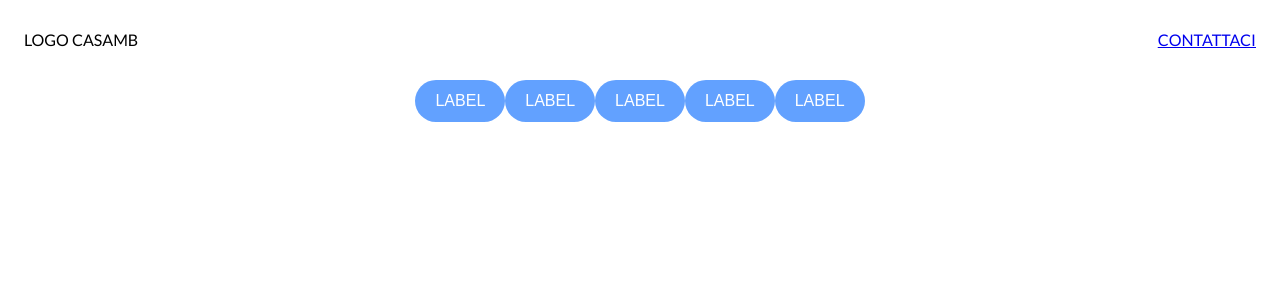
Repository: nicolorz/casamb
Page: /
An editor plug-in stored every save of this project. The page is shown before and after the next save, followed by the edit.
The browser window is 1280 px wide. The pictures show the whole page.
The project was rebuilt for these pictures with package versions that can differ from the ones it lists, and the page was loaded fresh each time. Also part of the build but not shown: src/index.css, src/App.css.

Above is the page before, as saved 2023-07-18 17:49:12.

### src/index.js
import React from 'react';
import ReactDOM from 'react-dom/client';
import './index.css';
import './assets/css/reset.css'
import './assets/css/style.css'
import App from './App';
import reportWebVitals from './reportWebVitals';

const root = ReactDOM.createRoot(document.getElementById('root'));
root.render(
  <React.StrictMode>
    <App />
  </React.StrictMode>
);

// If you want to start measuring performance in your app, pass a function
// to log results (for example: reportWebVitals(console.log))
// or send to an analytics endpoint. Learn more: https://bit.ly/CRA-vitals
reportWebVitals();

### src/assets/css/style.css
@import url('https://fonts.googleapis.com/css2?family=Lato:ital,wght@0,300;0,400;0,700;1,300;1,400;1,700&display=swap');

html, body {
  margin: 0;
  padding: 0;
  font-size: 16px;
  font-family: 'Lato', sans-serif;
}

.main-wrapper {
  width: 100vw;
  height: 100vh;
  background-color: #fff;
/*   display: flex;
  flex-flow: row nowrap; */
}

/* .sidebar {
  flex: 1;
  background-color: #f6f6f6;
  display: flex;
  flex-flow: column nowrap;
}

.card-wrapper {
  flex: 4;
  padding: 1rem;
  box-sizing: border-box;
  background-color: #EFF8FF;
  border: 1px solid #62A1FF;
  display: flex;
  flex-flow: row nowrap;
  align-items: flex-start;
  gap: 1rem;
}

.footer, .area-buttons {
  width: 100%;
  padding: 1rem;
  box-sizing: border-box;
  background-color: #EFF8FF;
  border: 1px solid #62A1FF;
}

.foooter {
  flex: 0 1 auto;
}

.area-buttons {
  flex: 1 0 auto;
}

.area-buttons {
  display: flex;
  flex-flow: column nowrap;
  gap: 0.5rem;
}

.area-buttons > button {
  align-self: flex-start;
}

.card {
  flex: 0 1 33%;
  padding: 1rem;
  background-color: #62A1FF;
  /* align-self: flex-start;
}

.card > img {
  width: 100%;
} */

### src/App.js
import logo from './logo.svg';
import './App.css';
import  {Header} from './components/HeaderWrapper/HeaderWrapper';

function App() {

  return (
    <div className="main-wrapper">
      <Header />
    </div>
  );
}

export default App;

### src/components/HeaderWrapper/HeaderWrapper.js
import './Header.css'
import { HeaderBottom } from './HeaderBottom'
import { HeaderTop } from './HeaderTop'

export const Header = () => {
    return <div className="header">
        <HeaderTop />
        <HeaderBottom />
    </div>
}

### src/components/HeaderWrapper/Header.css
.header {
    width: 100%;
    padding: 0 24px;
    box-sizing: border-box;
    position: fixed;
    top: 0;
    left: 0;
}

.header-top {
    width: 100%;
    display: flex;
    flex-flow: row nowrap;
    justify-content: space-between;
    align-items: center;
}

.header-top_logo {
    padding: 2rem 0;
}

.header-bottom {
    width: 100%;
    display: flex;
    flex-flow: column nowrap;
    align-items: center;
}

### src/components/HeaderWrapper/HeaderBottom.js
import { SortingBtn } from "../SortingBtn/Sortingbtn"

export const HeaderBottom = () => {
    return (
        <div className="header-bottom">
            <div className="sorting-area">
                <SortingBtn />
                <SortingBtn />
                <SortingBtn />
                <SortingBtn />
                <SortingBtn />
            </div>
        </div>
    )
}

### src/components/HeaderWrapper/HeaderTop.js
export const HeaderTop = () => {
    return <div className="header-top">
        <div className="header-top_logo">LOGO CASAMB</div>
        <a href="*" target="_self">CONTATTACI</a>
    </div>
}

### src/components/SortingBtn/Sortingbtn.js
import './Sortingbtn.css'

export const SortingBtn = () => (
  <button className="sorting-btn">LABEL</button>
);

### src/components/SortingBtn/Sortingbtn.css
.sorting-btn {
    background-color: #62A1FF;
    color: #fff;
    padding: 12px 20px;
    border: none;
    border-radius: 50px;
    -webkit-border-radius: 50px;
    -moz-border-radius: 50px;
    -ms-border-radius: 50px;
    -o-border-radius: 50px;
    font-size: 16px;
    cursor: pointer;
    transition: all 0.3s;
    -webkit-transition: all 0.3s;
    -moz-transition: all 0.3s;
    -ms-transition: all 0.3s;
    -o-transition: all 0.3s;
}

.sorting-btn:hover {
    background-color: #4B84DA;
}

Loaded but not shown: public/index.html (common file); src/assets/css/reset.css (common file); src/reportWebVitals.js (common file)

After the next save:
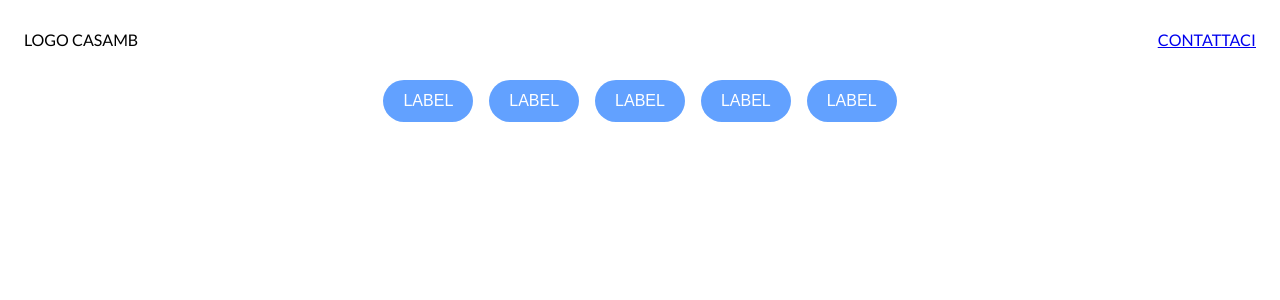
Saved 50 s later.
--- a/src/components/HeaderWrapper/Header.css
+++ b/src/components/HeaderWrapper/Header.css
@@ -25,3 +25,9 @@
     flex-flow: column nowrap;
     align-items: center;
 }
+
+.sorting-area {
+    display: flex;
+    flex-flow: row wrap;
+    gap: 1rem;
+}
